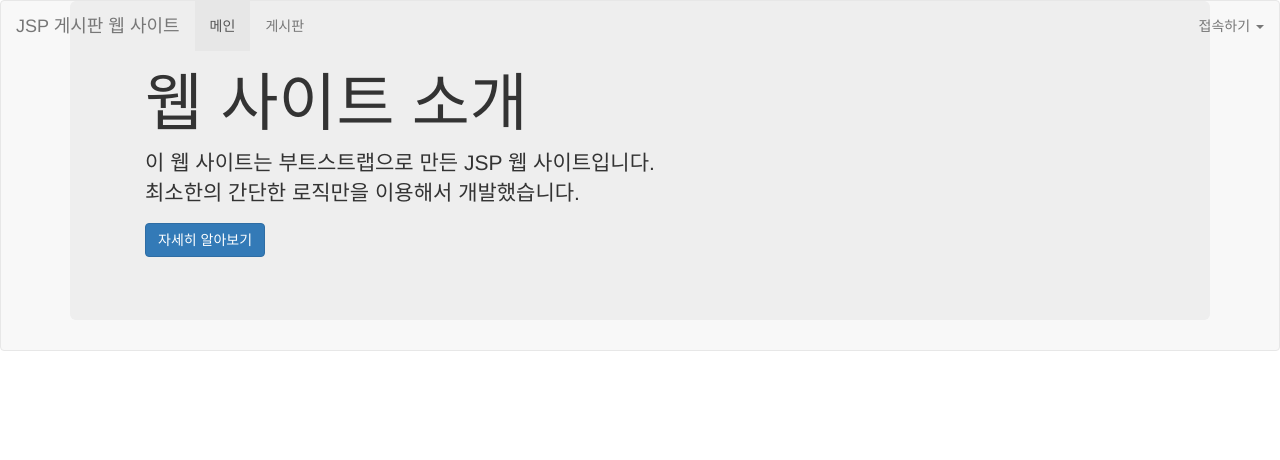
Repository: TheChok/BbsClone
Page: http://localhost/BBS/main.jsp
An editor plug-in stored every save of this project. The page is shown before and after the next save, followed by the edit.
The browser window is 1280 px wide. The pictures show the whole page.
Some web libraries are served in a nearby version. The page is served by Tomcat 9.

Above is the page before, as saved 2023-09-21 18:37:34.

After the next save:
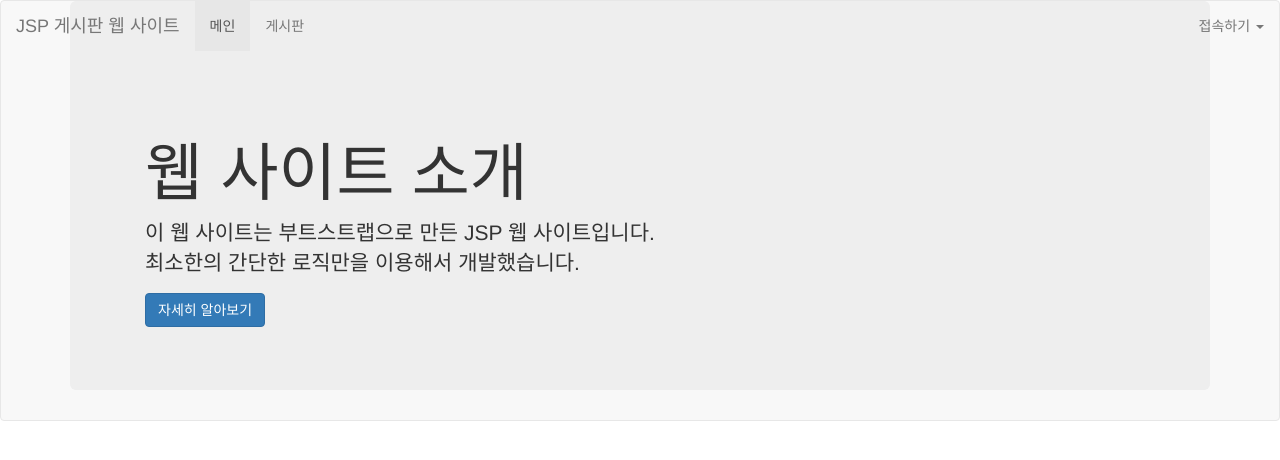
Saved 61 s later.
--- a/BBS/src/main/webapp/main.jsp
+++ b/BBS/src/main/webapp/main.jsp
@@ -73,7 +73,7 @@
 
 			<div class="container">
 				<div class="jumbotron">
-					<div class="container">
+					<div class="container" style="margin-top:70px;">
 						<h1>웹 사이트 소개</h1>
 						<p>
 							이 웹 사이트는 부트스트랩으로 만든 JSP 웹 사이트입니다.<br/>
